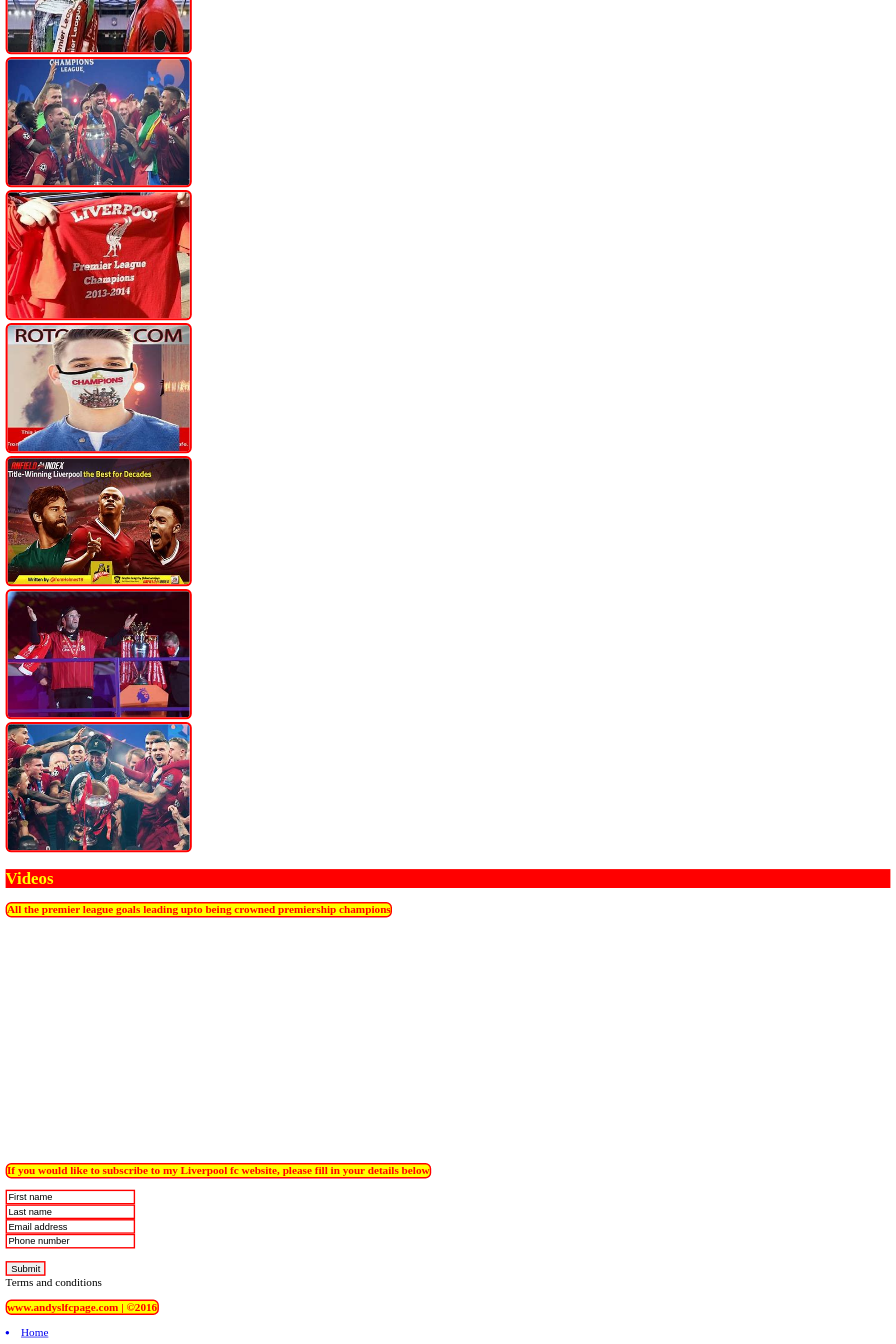
Repository: andyd71/HTML_and_CSS
Page: one_page_website/One_Page_Website.html
These files come from the project's save history. The page is drawn as it stood at one moment and after the next save; the edit follows.
The browser window is 1280 px wide. The pictures show the part of the page from y = 822 to 2742 px (the page is 2742 px tall), at 70% of full size.
Pictures or frames that could not be fetched are drawn as grey boxes.

Above is the page before, as saved 2020-10-09 13:26:32.

After the next save:
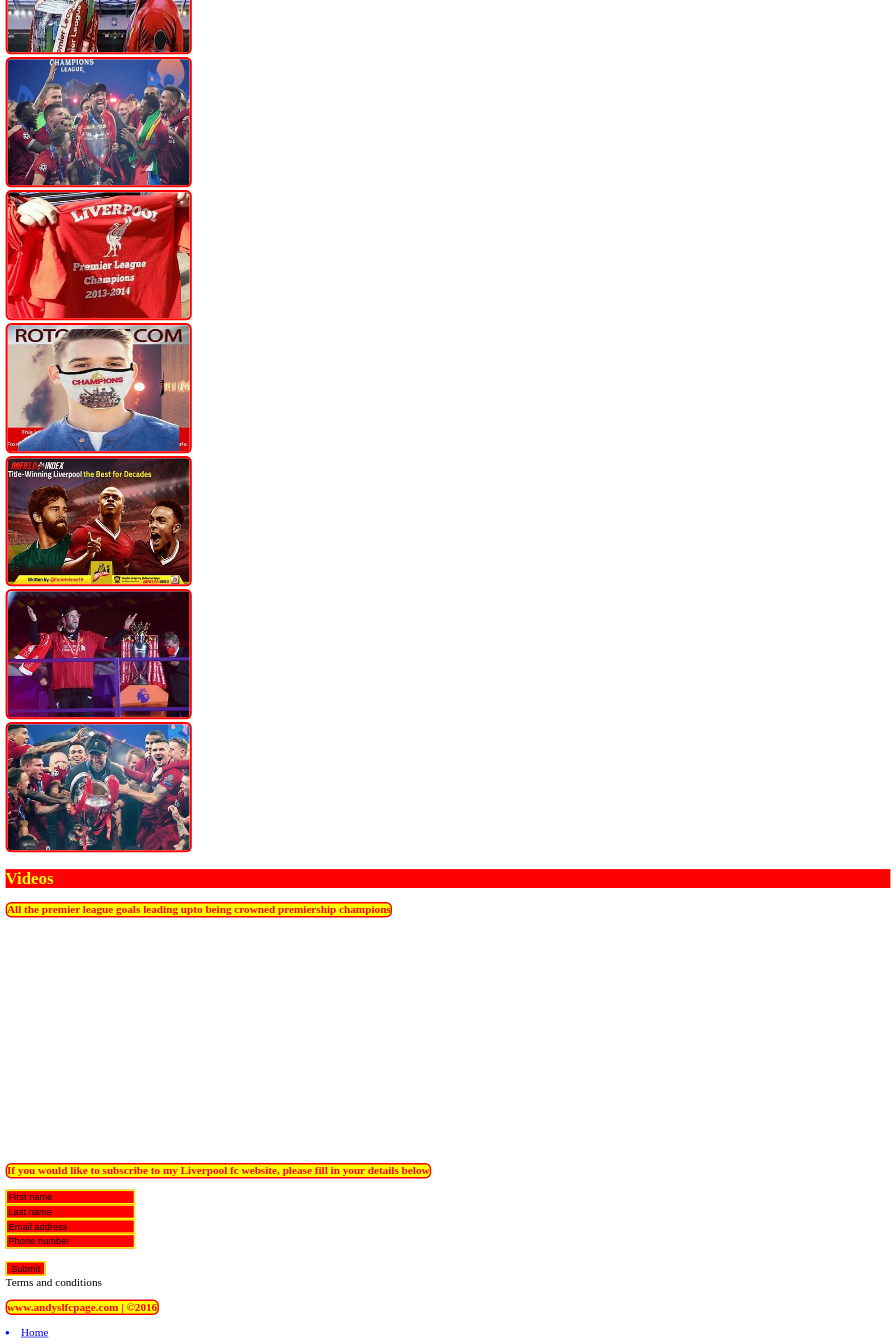
Saved 80 s later.
--- a/one_page_website/css/One_page_website.css
+++ b/one_page_website/css/One_page_website.css
@@ -24,7 +24,8 @@
 }
 
  input {
-	border: 2px solid red;
+	border: 2px solid yellow;
+	background-color: red;
 }
 
 
